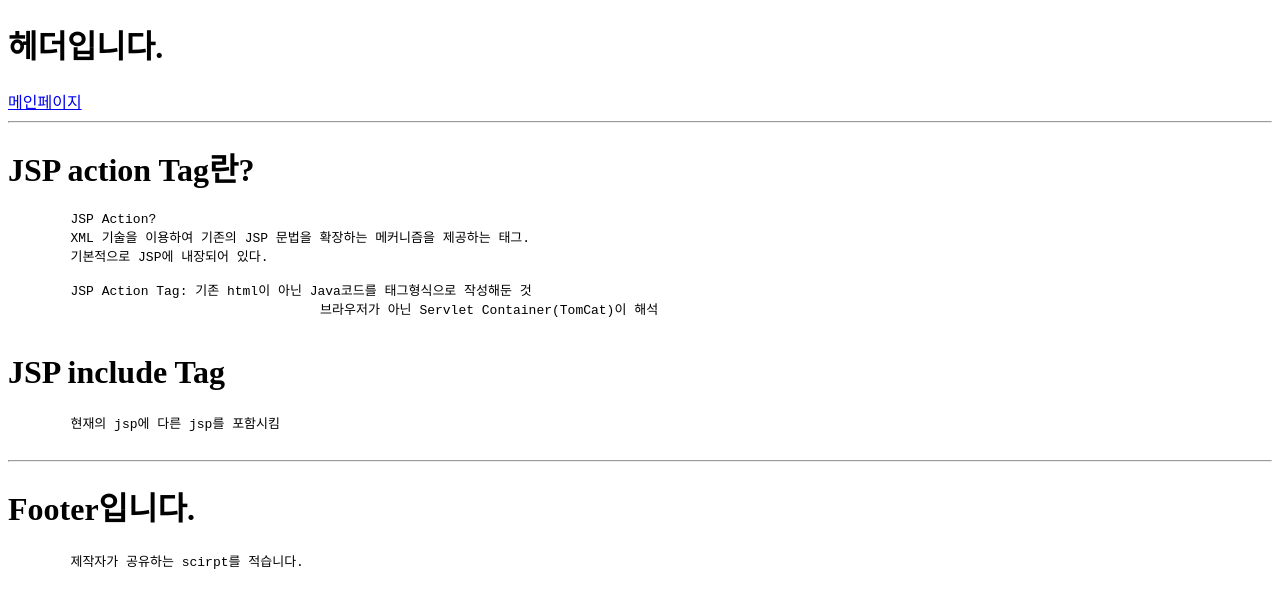
Repository: Seenee-Shin/servlet-jsp
Page: http://localhost/JSPProject/02_action.jsp
An editor plug-in stored every save of this project. The page is shown before and after the next save, followed by the edit.
The browser window is 1280 px wide. The pictures show the whole page.
The page is served by Tomcat 9.

Above is the page before, as saved 2021-11-29 05:16:08.

After the next save:
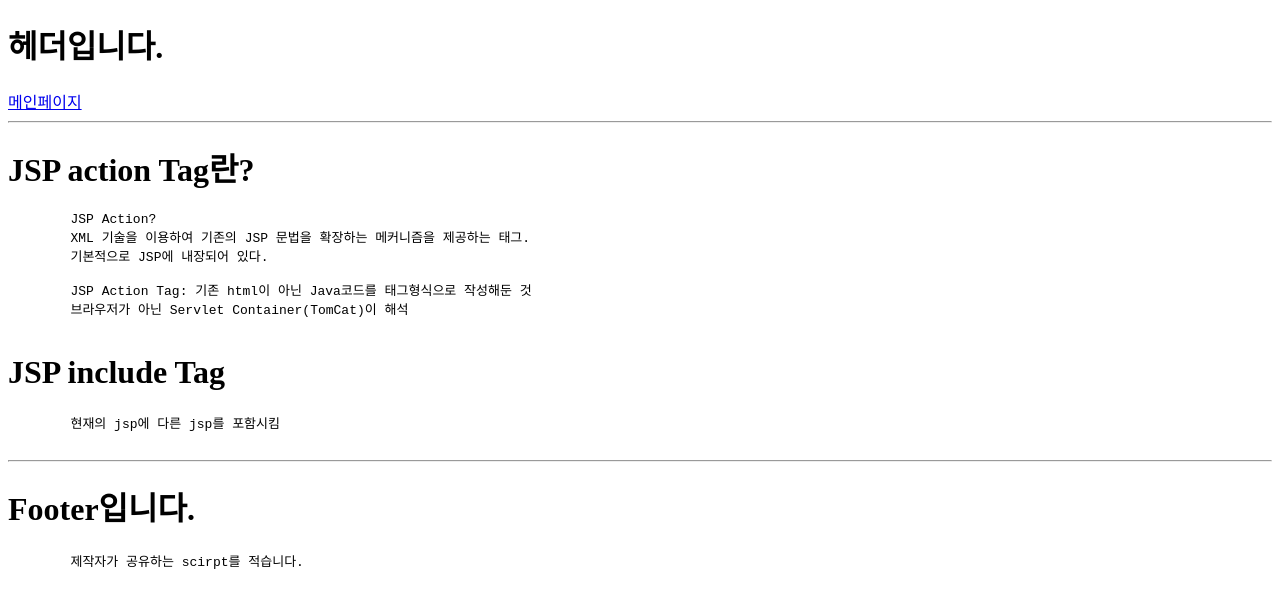
Saved 57 s later.
--- a/JSPProject/src/main/webapp/02_action.jsp
+++ b/JSPProject/src/main/webapp/02_action.jsp
@@ -7,11 +7,9 @@
 <title>02.JSP action tag</title>
 </head>
 <body>
-
 	<%-- header.jsp:inclue 파일 경로 작성--%>
 	<jsp:include page="/common/header.jsp"></jsp:include>
 	<%--<jsp:include page="/common/header.jsp/">--%>
-
 	<h1> JSP action Tag란?</h1>
 	<pre>
 	JSP Action?
@@ -19,7 +17,7 @@
 	기본적으로 JSP에 내장되어 있다.
 
 	JSP Action Tag: 기존 html이 아닌 Java코드를 태그형식으로 작성해둔 것
-	 				브라우저가 아닌 Servlet Container(TomCat)이 해석
+	브라우저가 아닌 Servlet Container(TomCat)이 해석
 	</pre>
 
 	<h1>JSP include Tag</h1>
